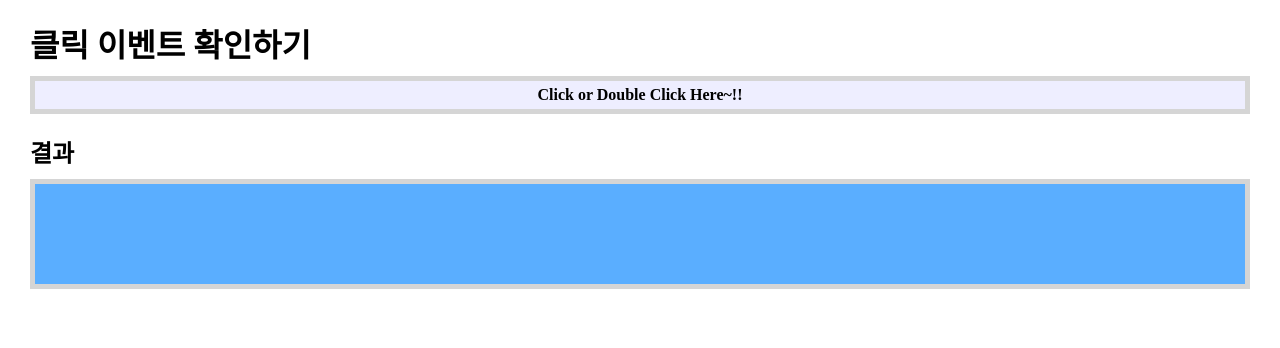
Repository: ssummini/Web
Page: jQuery/src/main/webapp/02_jQueryEvent/exam03-click.html
The author's editor kept a copy of each file at every save. The page is drawn from the files as they stood at one save, then again after the next save.
The browser window is 1280 px wide. The pictures show the whole page.
After loading, the first visible `#input` was clicked once.

Above is the page before, as saved 2024-08-22 08:07:20.
Console error: TypeError: $(...).dbclick is not a function

### jQuery/src/main/webapp/02_jQueryEvent/exam03-click.html
<!DOCTYPE html>
<html>
<head>
<meta charset="UTF-8">
<title>Insert title here</title>
<link rel="stylesheet" href="../css/event.css">
</head>
<body>
	<h1>클릭 이벤트 확인하기</h1>
	<div id="input">
		Click or Double Click Here~!!
	</div>
	<h2>결과</h2>
	<div id="result"></div>


<script type="text/javascript" src="http://code.jquery.com/jquery-3.7.1.min.js"></script>
<script type="text/javascript">
$(function () {
	$('#input').click(function(){

	});
	$('#input').dbclick(function(){

	});
});
</script>
</body>
</html>

### jQuery/src/main/webapp/css/event.css
@charset "UTF-8";
* {
    padding: 0;
    margin: 10px;
}
#input, #result {
    border: 5px solid #D5D5D5;
    text-align: center;
    width: auto;
    font-weight: bold;
}
#input {
    background: #eef;
    padding: 5px;
}
#input:after {
    content: '';
    display: block;
    float: none;
    clear: both;
}
#input > input, #input > select, #input > div, #input > button, #input > div > button {
    width: 99%;
    text-align: center;
    display: block;
    font-size: 17px;
    color: #222;
    background: #eef;
    border: 3px solid #d3d3d3;
    margin: 5px auto;
    padding: 5px 0;
}
#input > h3 {
    text-align: left;
    margin: 0;
    padding: 10px 0 0 0;
}
#input > h3:before {
    content: '';
    display: block;
    float: none;
    clear: both;
}
#input > label {
    margin: 0;
    padding: 0;
    display: block;
    float: left;
    padding-bottom: 10px;
}
#input > label > input {
    width: auto !important;
    display: inline;
}
#input .myButton {
    box-shadow: inset 0px 1px 0px 0px #54a3f7; /* inset : 박스 안쪽의 그림자 */
    background: linear-gradient(to bottom, #007dc1 5%, #0061a7 100%);
    /* background-color: #007dc1; */
    border-radius: 3px;
    border: 1px solid #124d77;
    display: inline-block;
    color: #ffffff;
    font-family: arial;
    font-size: 15px;
    font-weight: normal;
    padding: 6px 24px;
    text-decoration: none;
    text-shadow: 0px 1px 0px #154682;
}
#input .myButton:hover {
    background: linear-gradient(to bottom, #0061a7 5%, #007dc1 100%);
    background-color: #0061a7;
}
#input .myButton:active {
    position: relative;
    top: 1px;
}

h2 {
    padding-top: 10px;
}
#result {
    padding: 50px;
    font-size: 17px;
    color: #500;
    background: #5AAEFF;
}

After the next save:
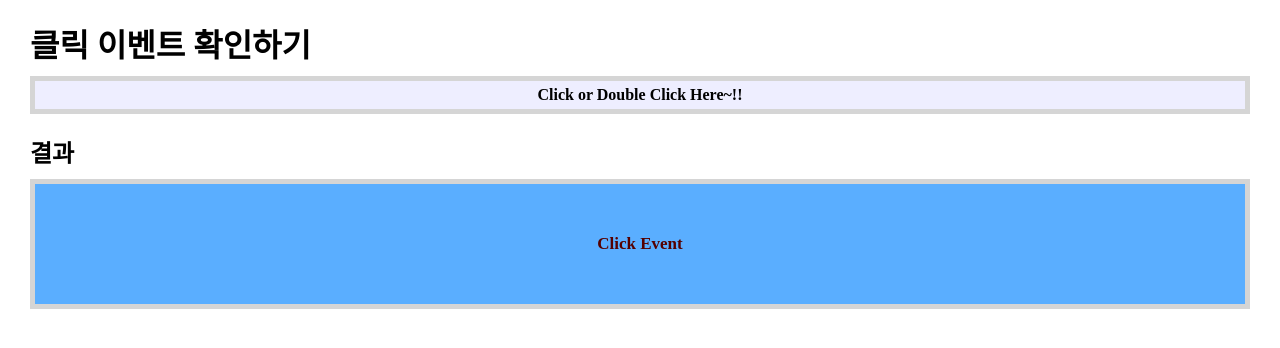
Saved 37 s later.
--- a/jQuery/src/main/webapp/02_jQueryEvent/exam03-click.html
+++ b/jQuery/src/main/webapp/02_jQueryEvent/exam03-click.html
@@ -18,10 +18,10 @@
 <script type="text/javascript">
 $(function () {
 	$('#input').click(function(){
-
+		$('#result').html('Click Event')
 	});
 	$('#input').dbclick(function(){
-
+		$('#result').html('Double Click Event')
 	});
 });
 </script>
